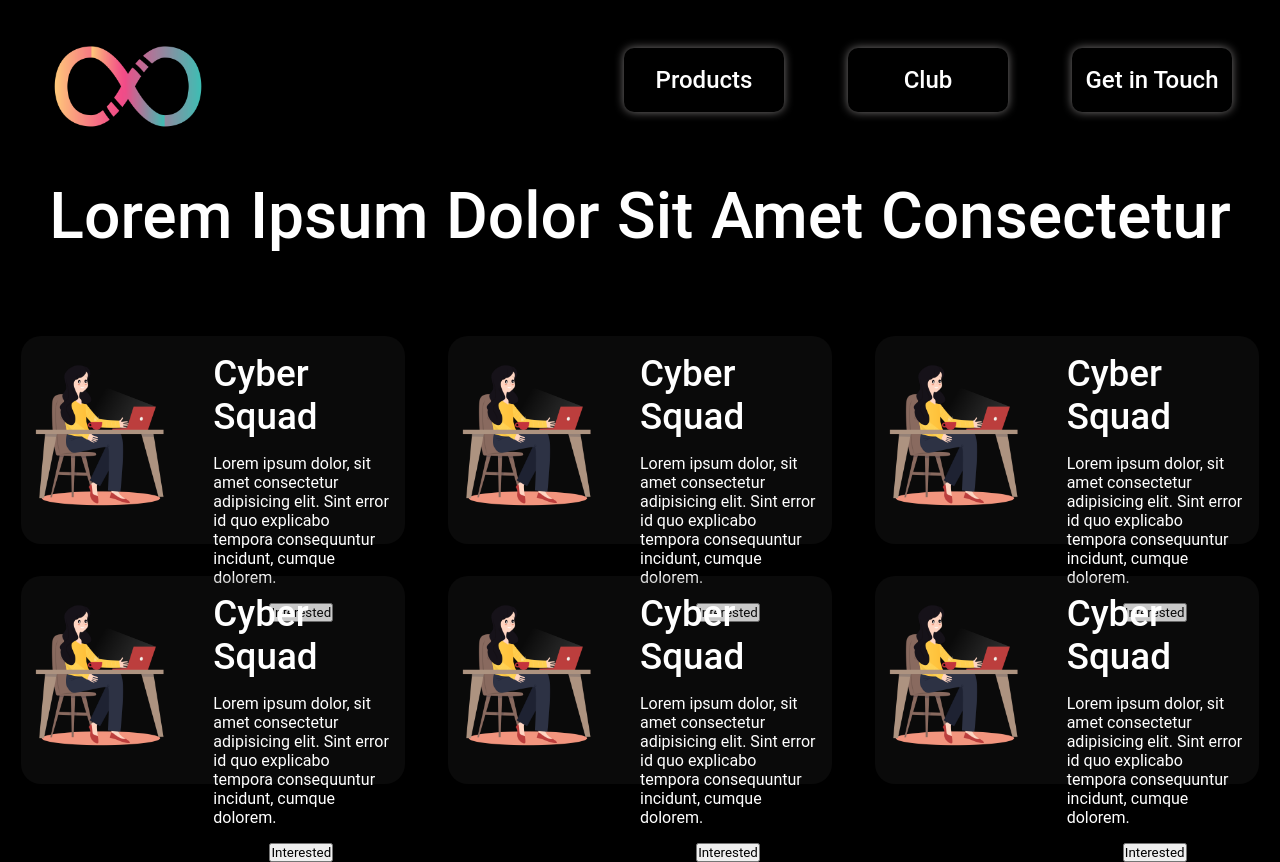
Repository: kapil4457/vizion-internship-project
Page: /
An editor plug-in stored every save of this project. The page is shown before and after the next save, followed by the edit.
The browser window is 1280 px wide. The pictures show the whole page.
The project was rebuilt for these pictures with package versions that can differ from the ones it lists, and the page was loaded fresh each time. Also part of the build but not shown: src/index.css.

Above is the page before, as saved 2022-10-29 10:13:13.

### public/index.html
<!DOCTYPE html>
<html lang="en">
  <head>
    <meta charset="utf-8" />
    <link rel="icon" href="%PUBLIC_URL%/favicon.ico" />
    <meta name="viewport" content="width=device-width, initial-scale=1" />
    <meta name="theme-color" content="#000000" />
    <meta
      name="description"
      content="Web site created using create-react-app"
    />
    <link rel="preconnect" href="https://fonts.googleapis.com">
    <link rel="apple-touch-icon" href="%PUBLIC_URL%/logo192.png" />
    <!--
      manifest.json provides metadata used when your web app is installed on a
      user's mobile device or desktop. See https://developers.google.com/web/fundamentals/web-app-manifest/
    -->
    <link rel="manifest" href="%PUBLIC_URL%/manifest.json" />
    <!--
      Notice the use of %PUBLIC_URL% in the tags above.
      It will be replaced with the URL of the `public` folder during the build.
      Only files inside the `public` folder can be referenced from the HTML.

      Unlike "/favicon.ico" or "favicon.ico", "%PUBLIC_URL%/favicon.ico" will
      work correctly both with client-side routing and a non-root public URL.
      Learn how to configure a non-root public URL by running `npm run build`.
    -->
    <title>React App</title>
  </head>
  <body>
    <noscript>You need to enable JavaScript to run this app.</noscript>
    <div id="root"></div>
    <!--
      This HTML file is a template.
      If you open it directly in the browser, you will see an empty page.

      You can add webfonts, meta tags, or analytics to this file.
      The build step will place the bundled scripts into the <body> tag.

      To begin the development, run `npm start` or `yarn start`.
      To create a production bundle, use `npm run build` or `yarn build`.
    -->
  </body>
</html>

### src/index.js
import React from 'react';
import ReactDOM from 'react-dom/client';
import './index.css';
import App from './App';
import reportWebVitals from './reportWebVitals';
import { BrowserRouter } from 'react-router-dom';
const root = ReactDOM.createRoot(document.getElementById('root'));
root.render(
  <BrowserRouter >
  <React.StrictMode>
    <App />
  </React.StrictMode>
  </BrowserRouter>
);

// If you want to start measuring performance in your app, pass a function
// to log results (for example: reportWebVitals(console.log))
// or send to an analytics endpoint. Learn more: https://bit.ly/CRA-vitals
reportWebVitals();

### src/App.js
import { Route, Routes } from 'react-router-dom';
import './App.css';
import Header from './components/Header/Header';
import Home from './components/Home/Home';

function App() {
  return (
   <>
<Header />
   <Routes>
<Route exact path='/' element={<Home />} />


   </Routes>



   </>
  );
}

export default App;

### src/App.css
*{
margin:0;
padding:0;
box-sizing: border-box;
font-family: 'Roboto', sans-serif;}

body{
  background-color: black;
  color : white;

}
a{
  text-decoration: none;;
  color:white;
}

.active{
  color:red;
}

### src/components/Header/Header.jsx
import React from "react";
import { NavLink } from "react-router-dom";
import Logo from "./logo.png";
import "./Header.css";
const Header = () => {
  return (
    <div className="main-header">
      <NavLink to="/" className="left-header">
        <img src={Logo} alt="" />
      </NavLink>
      <div className="right-header">
        <NavLink to="/products">Products</NavLink>
        <NavLink to="/club">Club</NavLink>
        <NavLink to="/contact">Get in Touch</NavLink>
      </div>
    </div>
  );
};

export default Header;

### src/components/Home/Home.jsx
import React from "react";
import { data } from "../../item";
import "./Home.css";
import HomeCard from "./HomeCard";
const Home = () => {
  return (
    <div className="main-home">
      <h2 className="heading">Lorem ipsum dolor sit amet consectetur</h2>

      <div className="home-card-container">
        {data.map((item, key) => (
          <HomeCard item={item} key={key} />
        ))}
      </div>
    </div>
  );
};

export default Home;

### src/components/Header/Header.css
.main-header{
    height:10rem;
    /* border:1px solid white */
    display:flex;
    justify-content: space-between;
    align-items: center;
    padding:0rem 3rem
}

.main-header > .left-header >img{
    height:10rem;

}

.main-header > .right-header
{
    display:flex;
    gap:4rem;
    font-size:1.5rem;
    font-weight:550
}

.main-header > .right-header>a{
    height:4rem;
    width:10rem;
    display:flex;
    justify-content: center;
   align-items: center;
   border-radius:10px;
   box-shadow: 0px 0px 10px rgba(243, 238, 238,0.5);
   transition: all 0.2s;
}
.main-header > .right-header>a:hover{

    box-shadow: 0px 0px 20px rgba(243, 238, 238,0.5);
    transform: scale(1.01);
   }

### src/item.js
export const data = [
    {
        title : "Cyber Squad",
        description : "Lorem ipsum dolor, sit amet consectetur adipisicing elit. Sint error id quo explicabo tempora consequuntur incidunt, cumque dolorem.        "
    },
    {
        title : "Cyber Squad",
        description : "Lorem ipsum dolor, sit amet consectetur adipisicing elit. Sint error id quo explicabo tempora consequuntur incidunt, cumque dolorem.        "
    },
    {
        title : "Cyber Squad",
        description : "Lorem ipsum dolor, sit amet consectetur adipisicing elit. Sint error id quo explicabo tempora consequuntur incidunt, cumque dolorem.        "
    },
    {
        title : "Cyber Squad",
        description : "Lorem ipsum dolor, sit amet consectetur adipisicing elit. Sint error id quo explicabo tempora consequuntur incidunt, cumque dolorem.        "
    },
    {
        title : "Cyber Squad",
        description : "Lorem ipsum dolor, sit amet consectetur adipisicing elit. Sint error id quo explicabo tempora consequuntur incidunt, cumque dolorem.        "
    },
    {
        title : "Cyber Squad",
        description : "Lorem ipsum dolor, sit amet consectetur adipisicing elit. Sint error id quo explicabo tempora consequuntur incidunt, cumque dolorem.        "
    }
]

### src/components/Home/Home.css
.main-home{
    color:white;
    width:100%;
    display: flex;
    flex-direction: column;
    gap:4rem

}

.main-home > h2{
    width:100%;
    height:7rem;
    display: flex;
    justify-content: center;
    align-items:center;
    font-size:4rem;
    word-spacing: 0.1rem;
    font-weight:450;
    text-transform: capitalize;

}


.main-home > .home-card-container{
    display:grid;
    grid-template-columns: 1fr 1fr 1fr;
    row-gap: 2rem;
    place-items: center;


}

### src/components/Home/HomeCard.jsx
import React from "react";
import "./HomeCard.css";
import Image from "./cardImage.png";
const HomeCard = ({ item }) => {
  return (
    <div className="home-card">
      <img src={Image} alt="" />
      <div className="card-info">
        <h2>{item.title}</h2>
        <p>{item.description}</p>
        <button>Interested</button>
      </div>
    </div>
  );
};

export default HomeCard;

### src/components/Home/HomeCard.css
.home-card{
    width:90%;
    height:13rem;
    display:flex;
    gap:1rem;
    padding-top:1rem;
    background-color: rgba(51, 50, 50, 0.2);
    border-radius: 20px;
}
.home-card>img{
    height:10rem;

}
.home-card > .card-info{
    display:flex;
    flex-direction: column;
    gap:1rem;
    padding:0 1rem;
    align-items: center;

}
.home-card > .card-info > h2{
    font-size: 2.3rem;
    font-weight: 450;
}

Loaded but not shown: src/reportWebVitals.js (common file)

After the next save:
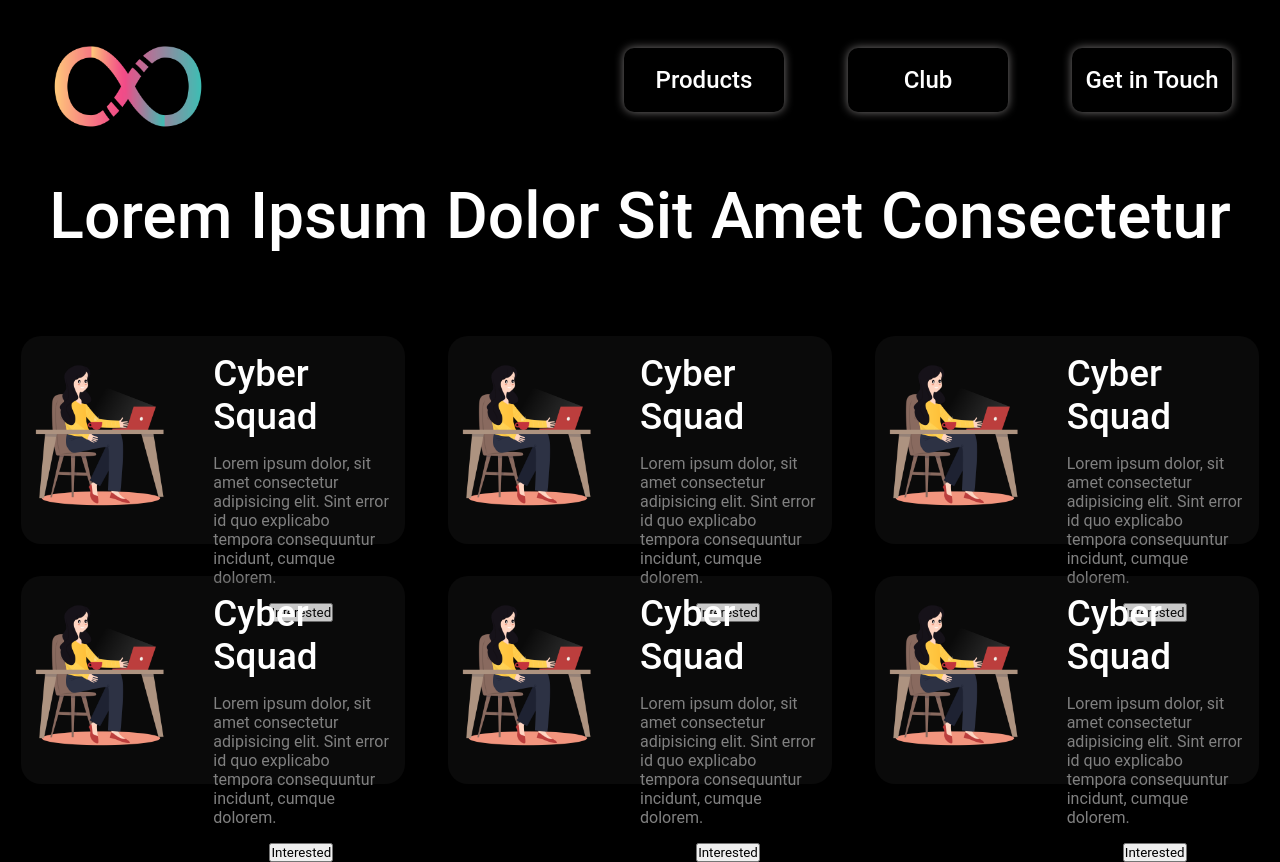
Saved 19 s later.
--- a/src/components/Home/HomeCard.css
+++ b/src/components/Home/HomeCard.css
@@ -23,3 +23,6 @@
     font-size: 2.3rem;
     font-weight: 450;
 }
+.home-card > .card-info > p{
+    color:gray
+}
